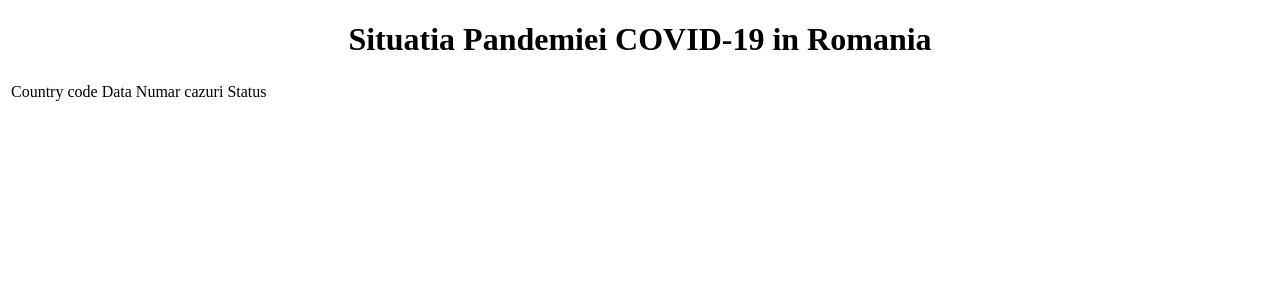
Repository: leonardpirlog/cc_2020_PL
Page: home.html
The author's editor kept a record of every edit. The page is drawn from the files as they stood at one moment, then again after the next edit.
The browser window is 1280 px wide. The pictures show the whole page.
The page's requests for data from a server got no answer.

Above is the page before.

### home.html
<!DOCTYPE html>
<html>
    <head>
       <script src="https://code.jquery.com/jquery-3.5.1.min.js"
       integrity="sha256-9/aliU8dGd2tb6OSsuzixeV4y/faTqgFtohetphbbj0="
       crossorigin="anonymous"></script>

       <script src="home_js.js"></script>
       <link rel="stylesheet" type="text/css" href="styles.css">
       <title>Situatia Pandemiei COVID-19 in Romania</title>
    </head>
    <body>
        <div id="titlu">
            <header>
                <h1 align=center>
                    Situatia Pandemiei COVID-19 in Romania
                </h1>
            </header>
        </div>
        <div class="api1_data">
            <div id="api1_table" class="api_table">
                <div class="api_header"></div>
                <div class="api_body"></div>
            </div>
            <table class="api1_table">
                <thead>
                    <tr>
                        <td>Country code</td>
                        <td>Data</td>
                        <td>Numar cazuri</td>
                        <td>Status</td>
                    </tr>
                </thead>
                <tbody>

                </tbody>
            </table>
        </div>
    </body>
</html>

### home_js.js
// JavaScript File
/*global$*/

document.addEventListener("DOMContentLoaded", function() {
    loadCovid19Data1("https://api.covid19api.com/country/romania/status/confirmed");
    // loadCovid19Data2();
});

function loadCovid19Data1(url) {
    function manipulateDom(response) {
        for(const row of response) {
            insertTrToApi1Table(row);
        }
    }

    getDataFromRequest(url, manipulateDom);
}

function getDataFromRequest(url, callback) {
    var xhttp = new XMLHttpRequest();
    xhttp.onreadystatechange = function() {
        if (this.readyState == 4 && this.status == 200) {
            callback(JSON.parse(xhttp.response));
        }
    };
    xhttp.open("GET", url, true);
    xhttp.send();
}

function insertTrToApi1Table(rowData) {
    const table = document.querySelector('.api1_table');
    let tr = document.createElement('tr');
    let parsedDate =  new Date(rowData.Date);
    const ye = new Intl.DateTimeFormat('ro', { year: 'numeric' }).format(parsedDate);
    const mo = new Intl.DateTimeFormat('ro', { month: 'short' }).format(parsedDate);
    const da = new Intl.DateTimeFormat('ro', { day: '2-digit' }).format(parsedDate);
    const formattedDate = da + ' ' + mo + ' ' + ye;

    tr.innerHTML = `
        <td>${rowData.CountryCode}</td>
        <td>${formattedDate}</td>
        <td>${rowData.Cases}</td>
        <td>${rowData.Status}</td>
    `;
    table.append(tr);

    console.log(rowData);
}

### styles.css
.api_header {
    display: flex;
    justify-content: space-around;
}

After the next edit:
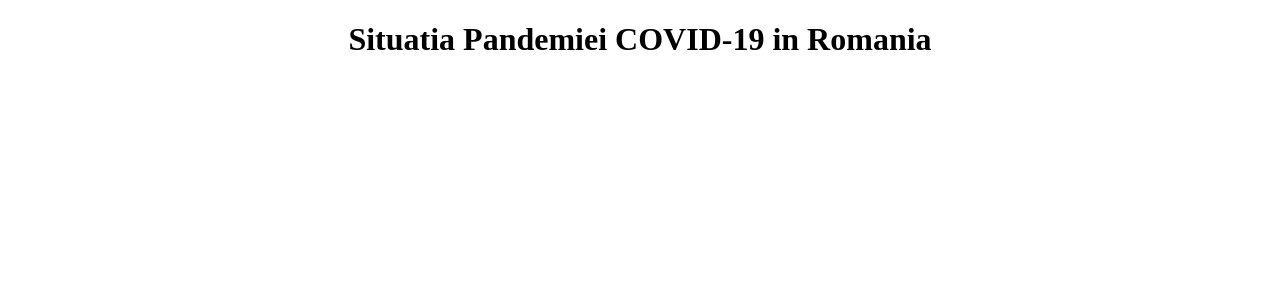
The edit:
--- a/home.html
+++ b/home.html
@@ -25,10 +25,6 @@
             <table class="api1_table">
                 <thead>
                     <tr>
-                        <td>Country code</td>
-                        <td>Data</td>
-                        <td>Numar cazuri</td>
-                        <td>Status</td>
                     </tr>
                 </thead>
                 <tbody>
